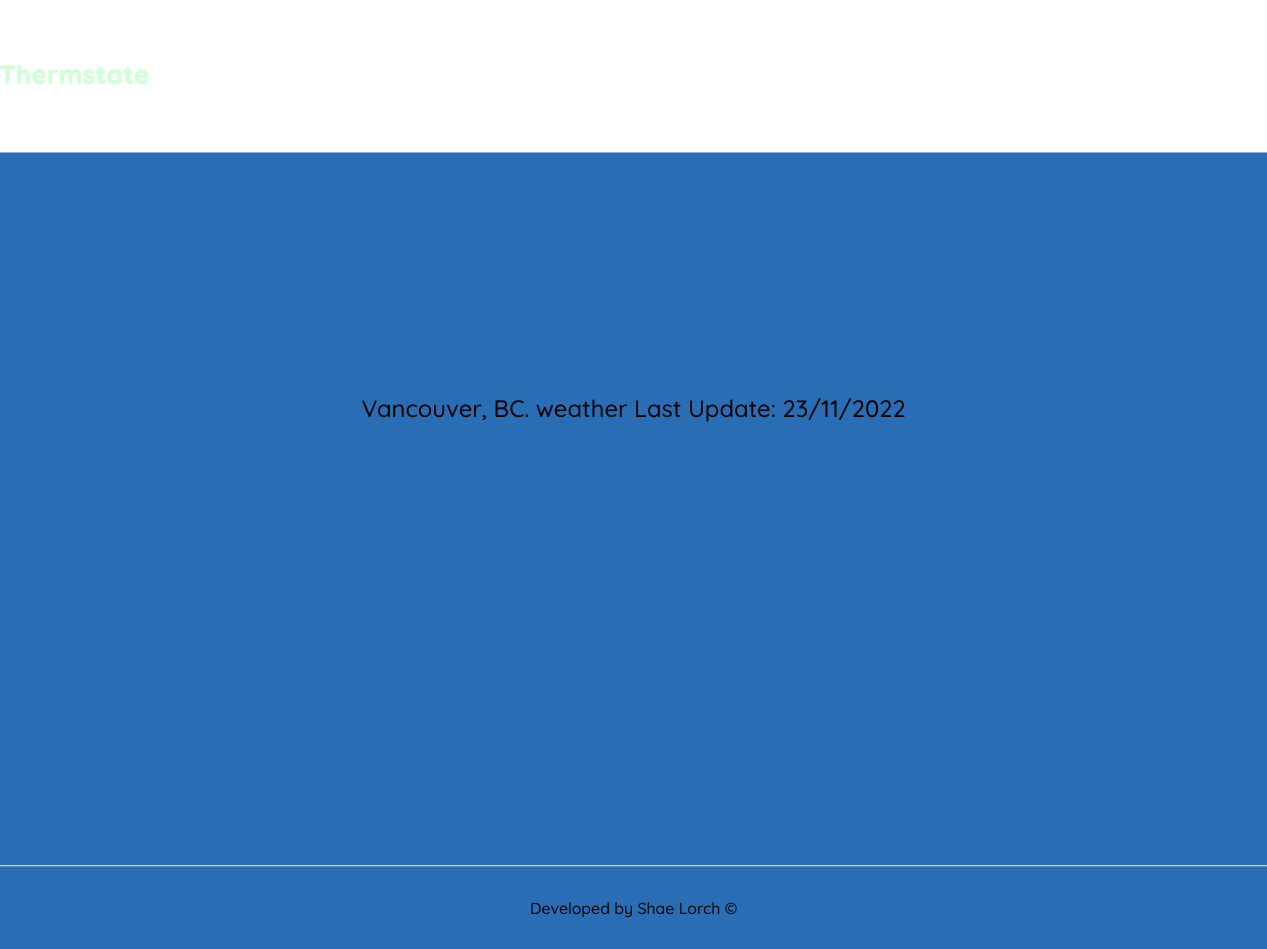
Repository: shaelorch/assessment2-DCD
Page: /
An editor plug-in stored every save of this project. The page is shown before and after the next save, followed by the edit.
The browser window is 1280 px wide. The pictures show the whole page, at 99% of full size.
Some web fonts or font styles are not loaded; a fallback is used. The project was rebuilt for these pictures with package versions that can differ from the ones it lists, and the page was loaded fresh each time. The framework's server and built-in components were replaced by stand-ins that run in the browser. Also part of the build but not shown: next.config.js, comps/weatherCard.js.

Above is the page before, as saved 2023-02-23 17:35:59.

After the next save:
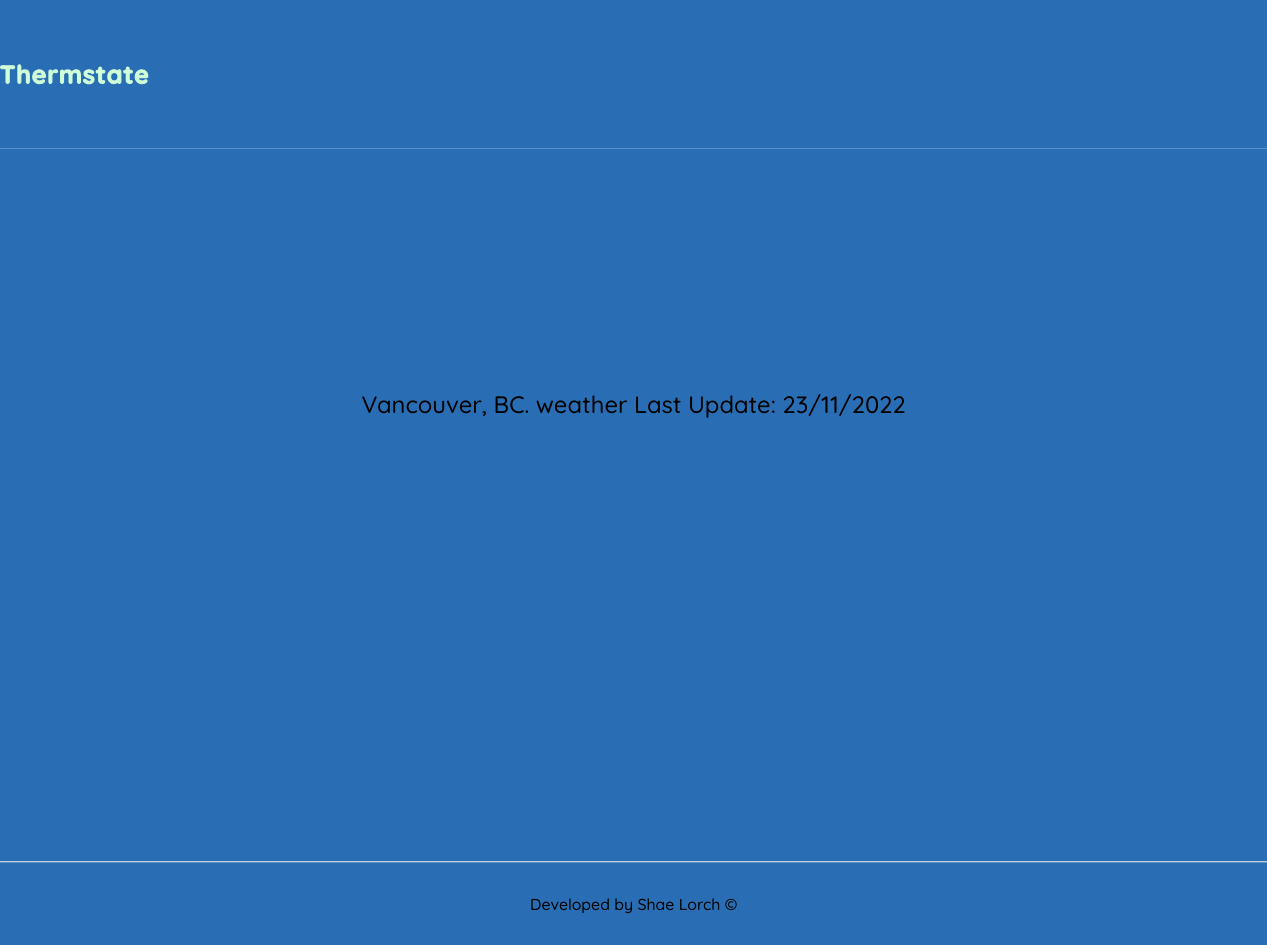
Saved 35 s later.
--- a/styles/Home.module.css
+++ b/styles/Home.module.css
@@ -41,6 +41,14 @@
   justify-content: space-between;
   margin-right: 5%;
   align-content:center;
+}
+
+.logoCont {
+
+  display: flex;
+  flex-direction: row;
+  justify-content: space-between;
+  background-color: #296EB4;
 }
 
 
